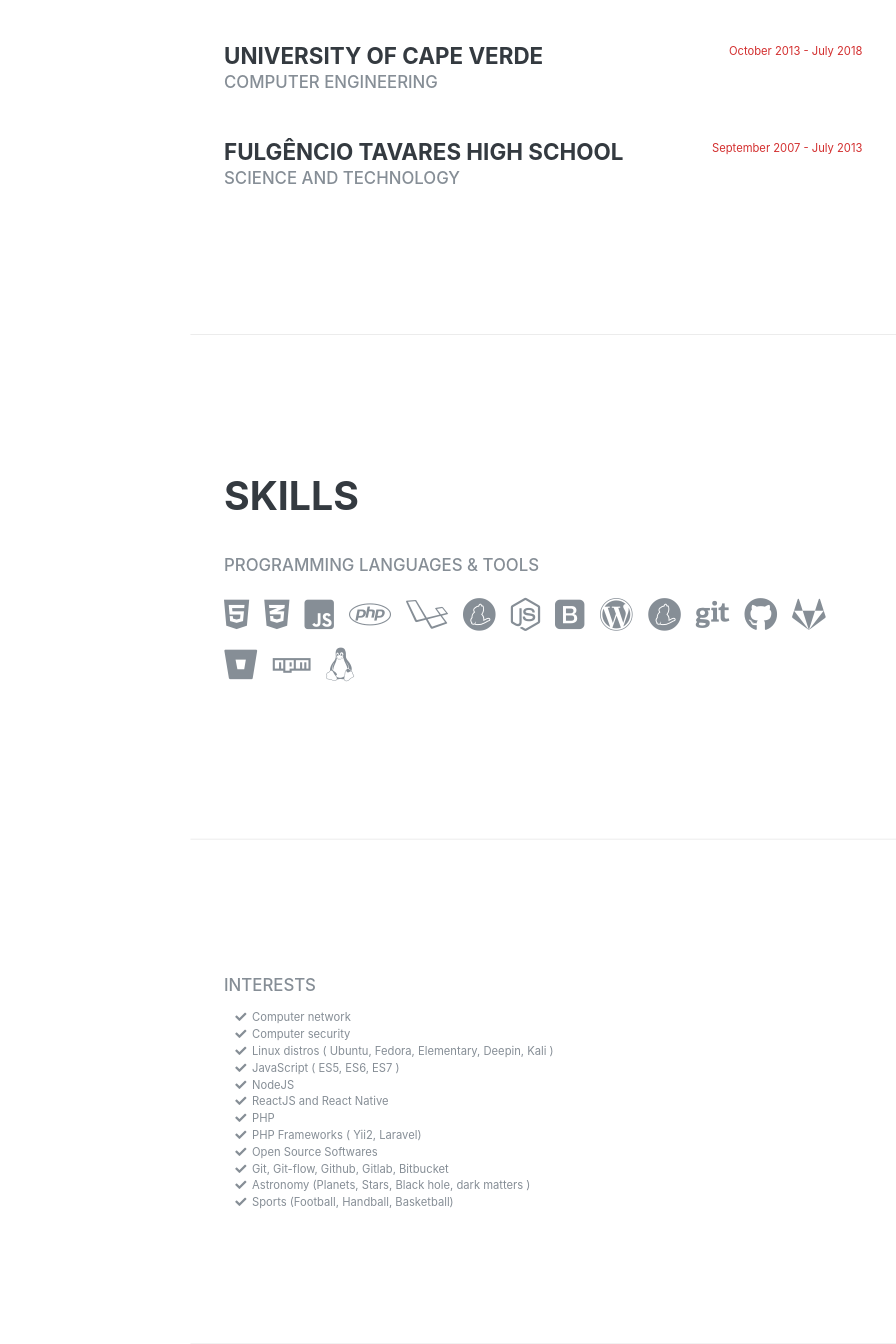
Repository: kcfurtado/kcfurtado.github.io
Page: index.html
An editor plug-in stored every save of this project. The page is shown before and after the next save, followed by the edit.
The browser window is 1280 px wide. The pictures show the part of the page from y = 1923 to 3843 px (the page is 3843 px tall), at 70% of full size.
Some web fonts or font styles are not loaded; a fallback is used.

Above is the page before, as saved 2020-04-04 12:50:28.

### index.html
<!DOCTYPE html>
<html lang="en">

<head>

  <meta charset="utf-8">
  <meta name="viewport" content="width=device-width, initial-scale=1, shrink-to-fit=no">
  <meta name="description" content="">
  <meta name="author" content="">

  <title>Kelton Furtado - Portfolio</title>

  <!-- Bootstrap core CSS -->
  <link href="vendor/bootstrap/css/bootstrap.min.css" rel="stylesheet">

  <!-- Custom fonts for this template -->
  <link href="https://fonts.googleapis.com/css?family=Saira+Extra+Condensed:500,700" rel="stylesheet">
  <link href="https://fonts.googleapis.com/css?family=Muli:400,400i,800,800i" rel="stylesheet">
  <link href="vendor/fontawesome-free/css/all.min.css" rel="stylesheet">

  <!-- Custom styles for this template -->
  <link href="css/resume.min.css" rel="stylesheet">

</head>

<body id="page-top">

  <nav class="navbar navbar-expand-lg navbar-dark bg-primary fixed-top" id="sideNav">
    <a class="navbar-brand js-scroll-trigger" href="#page-top">
      <span class="d-block d-lg-none">Kelton Furtado</span>
      <span class="d-none d-lg-block">
        <img class="img-fluid img-profile rounded-circle mx-auto mb-2" src="img/profile.png" alt="">
      </span>
    </a>
    <button class="navbar-toggler" type="button" data-toggle="collapse" data-target="#navbarSupportedContent" aria-controls="navbarSupportedContent" aria-expanded="false" aria-label="Toggle navigation">
      <span class="navbar-toggler-icon"></span>
    </button>
    <div class="collapse navbar-collapse" id="navbarSupportedContent">
      <ul class="navbar-nav">
        <li class="nav-item">
          <a class="nav-link js-scroll-trigger" href="#about">About</a>
        </li>
        <li class="nav-item">
          <a class="nav-link js-scroll-trigger" href="#experience">Experience</a>
        </li>
        <li class="nav-item">
          <a class="nav-link js-scroll-trigger" href="#education">Education</a>
        </li>
        <li class="nav-item">
          <a class="nav-link js-scroll-trigger" href="#skills">Skills</a>
        </li>
        <li class="nav-item">
          <a class="nav-link js-scroll-trigger" href="#interests">Interests</a>
        </li>
        <!-- <li class="nav-item">
          <a class="nav-link js-scroll-trigger" href="#awards">Awards</a>
        </li> -->
      </ul>
    </div>
  </nav>

  <div class="container-fluid p-0">

    <section class="resume-section p-3 p-lg-5 d-flex align-items-center" id="about">
      <div class="w-100">
        <h1 class="mb-0">Kelton
          <span class="text-primary">Furtado</span>
        </h1>
        <div class="subheading mb-5">Praia · Santiago · Cape Verde (+238) 599 52 45
          <a target="_blank" href="mailto:kelfurtado28@hotmail.com">kelfurtado28@hotmail.com</a>
        </div>
        <p class="lead mb-5">Im a Cape Verdean young programmer and computer , computer networks, computer security, linux and astronomy enthusiast. I am open to new experiences and challenges to improve as a professional and as a human being.</p>
        <div class="social-icons">
          <a target="_blank" href="https://linkedin.com/in/kelton-furtado">
            <i class="fab fa-linkedin-in"></i>
          </a>
          <a target="_blank" href="https://github.com/kcfurtado/">
            <i class="fab fa-github"></i>
          </a>
          <!--<a href="#">
            <i class="fab fa-twitter"></i>
          </a>-->
          <a target="_blank" href="https://www.facebook.com/kcafurtado">
            <i class="fab fa-facebook-f"></i>
          </a>
        </div>
      </div>
    </section>

    <hr class="m-0">

    <section class="resume-section p-3 p-lg-5 d-flex justify-content-center" id="experience">
      <div class="w-100">
        <h2 class="mb-5">Experience</h2>

        <div class="resume-item d-flex flex-column flex-md-row justify-content-between mb-5">
          <div class="resume-content">
            <h3 class="mb-0">Junior Fullstack Developer &amp; Analyst</h3>
            <div class="subheading mb-3">SITECH, S.A</div>
            <p></p>
            <div class="subheading mb-3">Tools, Techs and projects</div>
            <ul class="fa-ul mb-0">
              <li>
                <i class="fa-li fa fa-check"></i>
                <b>Tools:</b> Filezilla, sourcetree,cpanel, Sublim Text 3, Visual Studio Code and Insider
              </li>
              <li>
                <i class="fa-li fa fa-check"></i>
                <b>Techs:</b> Wordpress and Plugins, Woocommerce, Yii Framework 2, Laravel, ReactJs,  JavaScript, jquery, CSS3, HTML5, bootstrap, PHP, POO, MVC, MySQL, Git, Git-flow, Bitbucket
              </li>
              <li>
                <i class="fa-li fa fa-check"></i>
                <b>Projects:</b> Several project : <a href="#">FCF Website</a> , <a href="#">SITECH Website</a> , Sistema de Gestão de Preço, Backoffice SITA, E-Commerce Websites
              </li>
            </ul>
          </div>
          <div class="resume-date text-md-right">
            <span class="text-primary">Febuary 2019 - Present</span>
          </div>
        </div>

        <div class="resume-item d-flex flex-column flex-md-row justify-content-between">
          <div class="resume-content">
            <h3 class="mb-0">Backend Developer Intern</h3>
            <div class="subheading mb-3">Bonako</div>
            <p> In few months i learn a lot about teamwork, real life employeement, software development and agile methods.</p>
            <div class="subheading mb-3">Tools, Techs and projects</div>
            <ul class="fa-ul mb-0">
              <li>
                <i class="fa-li fa fa-check"></i>
                <b>Tools:</b> Filezilla, sourcetree, Sublim Text 3, Visual Studio Code and Insider, Linux Distro Deepin
              </li>
              <li>
                <i class="fa-li fa fa-check"></i>
                <b>Techs:</b> Yii Framework 2, JavaScript, jquery, css3, html5, bootstrap, php, MVC, MySQL, Git, Git-flow, Bitbucket
              </li>
              <li>
                <i class="fa-li fa fa-check"></i>
                <b>Projects:</b> Several project : Music stream Web Application, Sport sponsorship and blog, News platform
              </li>
            </ul>
          </div>
          <div class="resume-date text-md-right">
            <span class="text-primary">September 2018 - Febuary 2019</span>
          </div>
        </div>

      </div>

    </section>

    <hr class="m-0">

    <section class="resume-section p-3 p-lg-5 d-flex align-items-center" id="education">
      <div class="w-100">
        <h2 class="mb-5">Education</h2>

        <div class="resume-item d-flex flex-column flex-md-row justify-content-between mb-5">
          <div class="resume-content">
            <h3 class="mb-0">University of Cape Verde</h3>
            <div class="subheading mb-3">Computer Engineering</div>
            <div></div>
            <p></p>
          </div>
          <div class="resume-date text-md-right">
            <span class="text-primary">October 2013 - July 2018 </span>
          </div>
        </div>

        <div class="resume-item d-flex flex-column flex-md-row justify-content-between">
          <div class="resume-content">
            <h3 class="mb-0">Fulgêncio Tavares High School</h3>
            <div class="subheading mb-3">Science and Technology</div>
            <p></p>
          </div>
          <div class="resume-date text-md-right">
            <span class="text-primary">September 2007 - July 2013</span>
          </div>
        </div>

      </div>
    </section>

    <hr class="m-0">

    <section class="resume-section p-3 p-lg-5 d-flex align-items-center" id="skills">
      <div class="w-100">
        <h2 class="mb-5">Skills</h2>

        <div class="subheading mb-3">Programming Languages &amp; Tools</div>
        <ul class="list-inline dev-icons">
          <li class="list-inline-item">
            <i class="fab fa-html5"></i>
          </li>
          <li class="list-inline-item">
            <i class="fab fa-css3-alt"></i>
          </li>
          <li class="list-inline-item">
            <i class="fab fa-js-square"></i>
          </li>
          <li class="list-inline-item">
            <i class="fab fa-php"></i>
          </li>
          <li class="list-inline-item">
            <i class="fab fa-laravel"></i>
          </li>
          <li class="list-inline-item">
            <i class="fab fa-yarn"></i>
          </li>
          <li class="list-inline-item">
            <i class="fab fa-node-js"></i>
          </li>
          <li class="list-inline-item">
            <i class="fab fa-bootstrap"></i>
          </li>
          <li class="list-inline-item">
            <i class="fab fa-wordpress"></i>
          </li>
          <li class="list-inline-item">
            <i class="fab fa-yarn"></i>
          </li>
          <li class="list-inline-item">
            <i class="fab fa-git"></i>
          </li>
          <li class="list-inline-item">
            <i class="fab fa-github"></i>
          </li>
          <li class="list-inline-item">
            <i class="fab fa-gitlab"></i>
          </li>
          <li class="list-inline-item">
            <i class="fab fa-bitbucket"></i>
          </li>
          <li class="list-inline-item">
            <i class="fab fa-npm"></i>
          </li>
          <li class="list-inline-item">
            <i class="fab fa-linux"></i>
          </li>
        </ul>

        <!--<div class="subheading mb-3">Workflow</div>
        <ul class="fa-ul mb-0">
          <li>
            <i class="fa-li fa fa-check"></i>
            Web-First, Responsive Design</li>
          <li>
            <i class="fa-li fa fa-check"></i>
            Cross Browser Testing &amp; Debugging</li>
          <li>
            <i class="fa-li fa fa-check"></i>
            Cross Functional Teams</li>
          <!--<li>
            <i class="fa-li fa fa-check"></i>
            Agile Development &amp; Scrum</li>-->
        </ul>
      </div>
    </section>

    <hr class="m-0">

    <section class="resume-section p-3 p-lg-5 d-flex align-items-center" id="interests">
      <div class="w-100">
        <div class="subheading mb-3">Interests</div>
        <ul class="fa-ul mb-0">
          <li>
            <i class="fa-li fa fa-check"></i> Computer network
          </li>
          <li>
            <i class="fa-li fa fa-check"></i> Computer security
          </li>
          <li>
            <i class="fa-li fa fa-check"></i> Linux distros ( Ubuntu, Fedora, Elementary, Deepin, Kali )
          </li>
          <li>
            <i class="fa-li fa fa-check"></i> JavaScript ( ES5, ES6, ES7 )
          </li>
          <li>
            <i class="fa-li fa fa-check"></i> NodeJS
          </li>
          <li>
            <i class="fa-li fa fa-check"></i> ReactJS and React Native
          </li>
          <li>
            <i class="fa-li fa fa-check"></i> PHP
          </li>
          <li>
            <i class="fa-li fa fa-check"></i> PHP Frameworks ( Yii2, Laravel)
          </li>
          <li>
            <i class="fa-li fa fa-check"></i> Open Source Softwares
          </li>
          <li>
            <i class="fa-li fa fa-check"></i> Git, Git-flow, Github, Gitlab, Bitbucket
          </li>
          <li>
            <i class="fa-li fa fa-check"></i> Astronomy (Planets, Stars, Black hole, dark matters )
          </li>
          <li>
            <i class="fa-li fa fa-check"></i> Sports (Football, Handball, Basketball)
          </li>
        </ul>

      </div>
    </section>

    <hr class="m-0">

    <!--<section class="resume-section p-3 p-lg-5 d-flex align-items-center" id="awards">
      <div class="w-100">
        <h2 class="mb-5">Awards &amp; Certifications</h2>
        <ul class="fa-ul mb-0">
          <li>
            <i class="fa-li fa fa-trophy text-warning"></i>
            Google Analytics Certified Developer</li>
          <li>
            <i class="fa-li fa fa-trophy text-warning"></i>
            Mobile Web Specialist - Google Certification</li>
          <li>
            <i class="fa-li fa fa-trophy text-warning"></i>
            1<sup>st</sup>
            Place - University of Colorado Boulder - Emerging Tech Competition 2009</li>
          <li>
            <i class="fa-li fa fa-trophy text-warning"></i>
            1<sup>st</sup>
            Place - University of Colorado Boulder - Adobe Creative Jam 2008 (UI Design Category)</li>
          <li>
            <i class="fa-li fa fa-trophy text-warning"></i>
            2<sup>nd</sup>
            Place - University of Colorado Boulder - Emerging Tech Competition 2008</li>
          <li>
            <i class="fa-li fa fa-trophy text-warning"></i>
            1<sup>st</sup>
            Place - James Buchanan High School - Hackathon 2006</li>
          <li>
            <i class="fa-li fa fa-trophy text-warning"></i>
            3<sup>rd</sup>
            Place - James Buchanan High School - Hackathon 2005</li>
        </ul>
      </div>
    </section>
  -->

  </div>

  <!-- Bootstrap core JavaScript -->
  <script src="vendor/jquery/jquery.min.js"></script>
  <script src="vendor/bootstrap/js/bootstrap.bundle.min.js"></script>

  <!-- Plugin JavaScript -->
  <script src="vendor/jquery-easing/jquery.easing.min.js"></script>

  <!-- Custom scripts for this template -->
  <script src="js/resume.min.js"></script>

</body>

</html>

### css/resume.min.css
/*!
 * Start Bootstrap - Resume v5.0.8 (https://startbootstrap.com/template-overviews/resume)
 * Copyright 2013-2019 Start Bootstrap
 * Licensed under MIT (https://github.com/BlackrockDigital/startbootstrap-resume/blob/master/LICENSE)
 */body{font-family:Muli,-apple-system,BlinkMacSystemFont,'Segoe UI',Roboto,'Helvetica Neue',Arial,sans-serif,'Apple Color Emoji','Segoe UI Emoji','Segoe UI Symbol','Noto Color Emoji';padding-top:54px;color:#868e96}@media (min-width:992px){body{padding-top:0;padding-left:17rem}}h1,h2,h3,h4,h5,h6{font-family:'Saira Extra Condensed',-apple-system,BlinkMacSystemFont,'Segoe UI',Roboto,'Helvetica Neue',Arial,sans-serif,'Apple Color Emoji','Segoe UI Emoji','Segoe UI Symbol','Noto Color Emoji';font-weight:700;text-transform:uppercase;color:#343a40}h1{font-size:6rem;line-height:5.5rem}h2{font-size:3.5rem}h3{font-size:2rem}p.lead{font-size:1.15rem;font-weight:400}.subheading{text-transform:uppercase;font-weight:500;font-family:'Saira Extra Condensed',-apple-system,BlinkMacSystemFont,'Segoe UI',Roboto,'Helvetica Neue',Arial,sans-serif,'Apple Color Emoji','Segoe UI Emoji','Segoe UI Symbol','Noto Color Emoji';font-size:1.5rem}.social-icons a{display:inline-block;height:3.5rem;width:3.5rem;background-color:#495057;color:#fff!important;border-radius:100%;text-align:center;font-size:1.5rem;line-height:3.5rem;margin-right:1rem}.social-icons a:last-child{margin-right:0}.social-icons a:hover{background-color:#d32f2f}.dev-icons{font-size:3rem}.dev-icons .list-inline-item i:hover{color:#d32f2f}#sideNav .navbar-nav .nav-item .nav-link{font-weight:800;letter-spacing:.05rem;text-transform:uppercase}#sideNav .navbar-toggler:focus{outline-color:#9a0007}@media (min-width:992px){#sideNav{text-align:center;position:fixed;top:0;left:0;display:flex;flex-direction:column;width:17rem;height:100vh}#sideNav .navbar-brand{display:flex;margin:auto auto 0;padding:.5rem}#sideNav .navbar-brand .img-profile{max-width:10rem;max-height:10rem;border:.5rem solid rgba(255,255,255,.2)}#sideNav .navbar-collapse{display:flex;align-items:flex-start;flex-grow:0;width:100%;margin-bottom:auto}#sideNav .navbar-collapse .navbar-nav{flex-direction:column;width:100%}#sideNav .navbar-collapse .navbar-nav .nav-item{display:block}#sideNav .navbar-collapse .navbar-nav .nav-item .nav-link{display:block}}section.resume-section{padding-top:5rem!important;padding-bottom:5rem!important;max-width:75rem}section.resume-section .resume-item .resume-date{min-width:none}@media (min-width:768px){section.resume-section{min-height:100vh}section.resume-section .resume-item .resume-date{min-width:18rem}}@media (min-width:992px){section.resume-section{padding-top:3rem!important;padding-bottom:3rem!important}}.bg-primary{background-color:#d32f2f!important}.text-primary{color:#d32f2f!important}a{color:#d32f2f}a:active,a:focus,a:hover{color:#9a0007}

Loaded but not shown: vendor/bootstrap/css/bootstrap.min.css (library); vendor/fontawesome-free/css/all.min.css (library); vendor/jquery/jquery.min.js (library); vendor/bootstrap/js/bootstrap.bundle.min.js (library); vendor/jquery-easing/jquery.easing.min.js (common file); js/resume.min.js (common file)

After the next save:
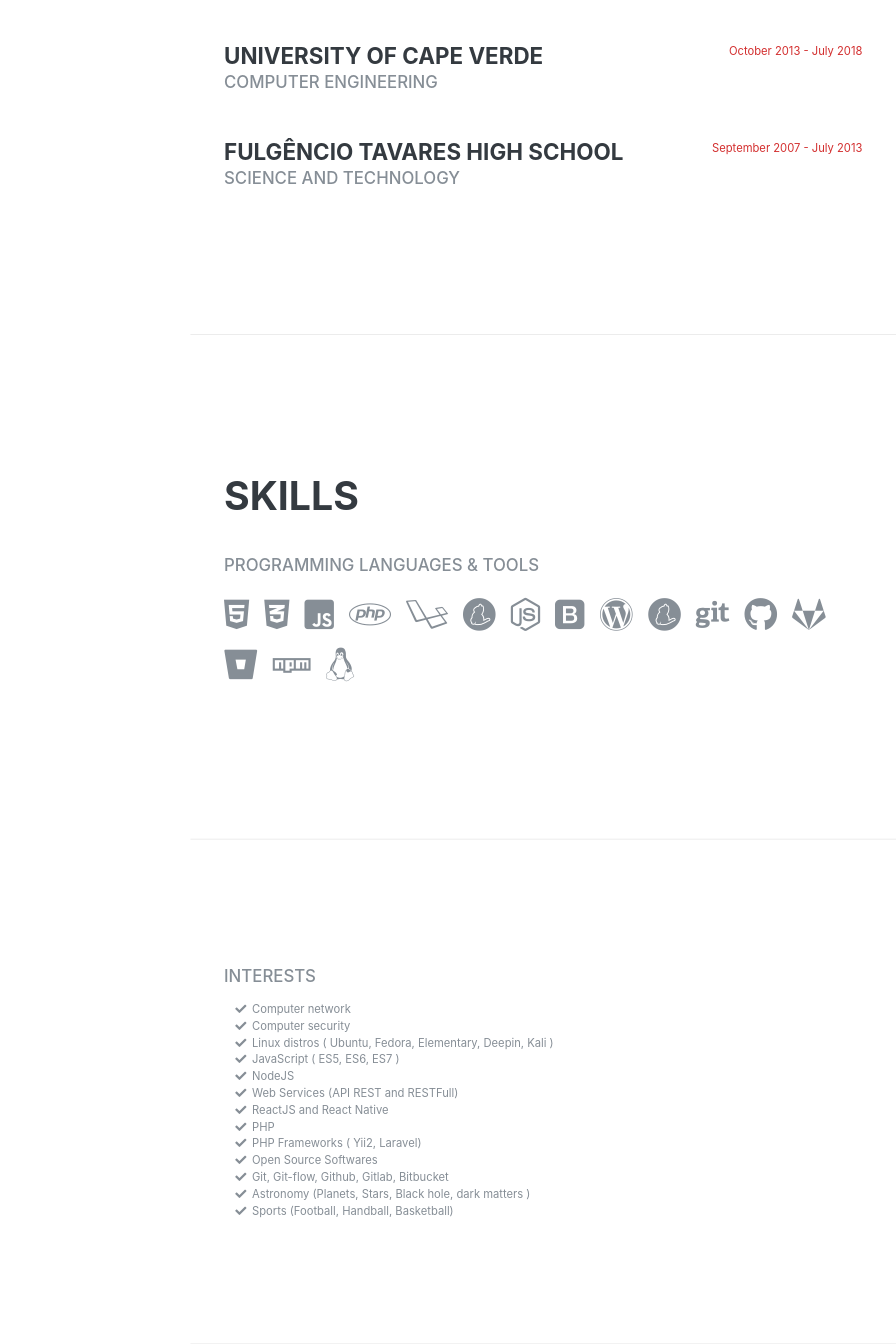
Saved 54 s later.
--- a/index.html
+++ b/index.html
@@ -279,6 +279,9 @@
             <i class="fa-li fa fa-check"></i> NodeJS
           </li>
           <li>
+            <i class="fa-li fa fa-check"></i> Web Services (API REST and RESTFull)
+          </li>
+          <li>
             <i class="fa-li fa fa-check"></i> ReactJS and React Native
           </li>
           <li>
